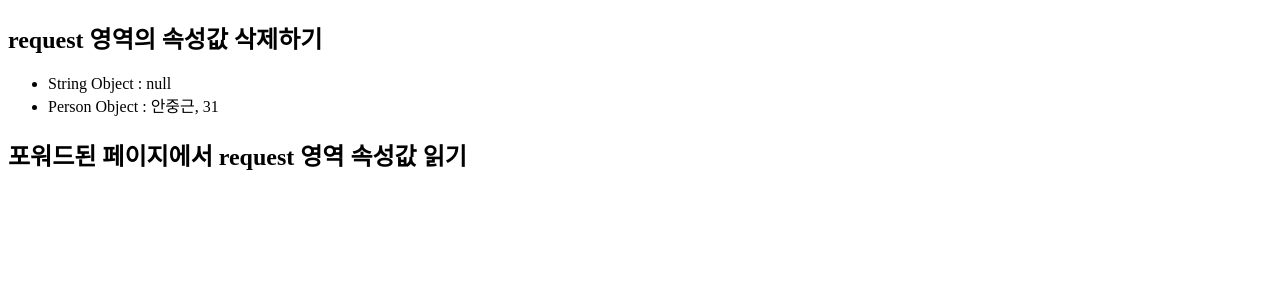
Repository: Charles0304/JSP
Page: http://localhost/MustHaveJSP/03Scope/RequestMain.jsp
An editor plug-in stored every save of this project. The page is shown before and after the next save, followed by the edit.
The browser window is 1280 px wide. The pictures show the whole page.
The page is served by Tomcat 10. Nobody is signed in. The application's start-up code is not run.

Above is the page before, as saved 2024-04-17 07:24:18.

After the next save:
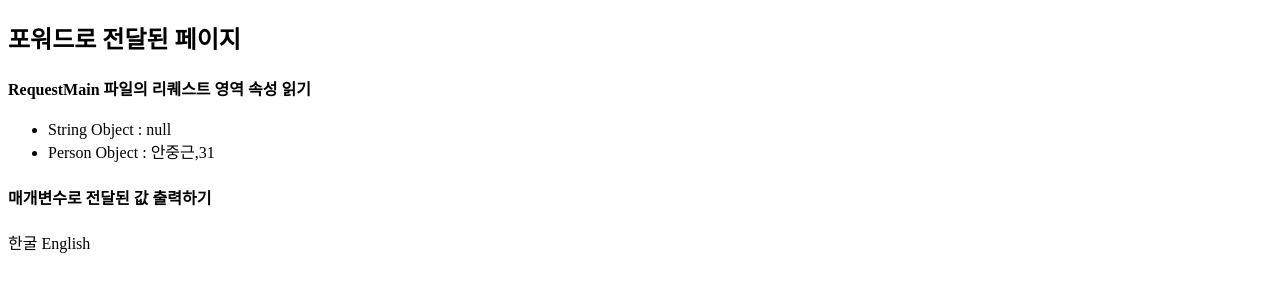
Saved 2 min 32 s later.
--- a/MustHaveJSP/src/main/webapp/03Scope/RequestMain.jsp
+++ b/MustHaveJSP/src/main/webapp/03Scope/RequestMain.jsp
@@ -24,10 +24,10 @@ Person rPerson = (Person)(request.getAttribute("requestPerson"));
 <li>String Object : <%= request.getAttribute("requestString") %></li>
 <li>Person Object : <%= rPerson.getName() %>, <%= rPerson.getAge() %></li>
 </ul>
-<%--
+<%
 	request.getRequestDispatcher(
 		"RequestForward.jsp?paramHan=한굴&paramEng=English")
 		.forward(request, response);
- --%>
+ %>
 <h2>포워드된 페이지에서 request 영역 속성값 읽기</h2>
 </html>
